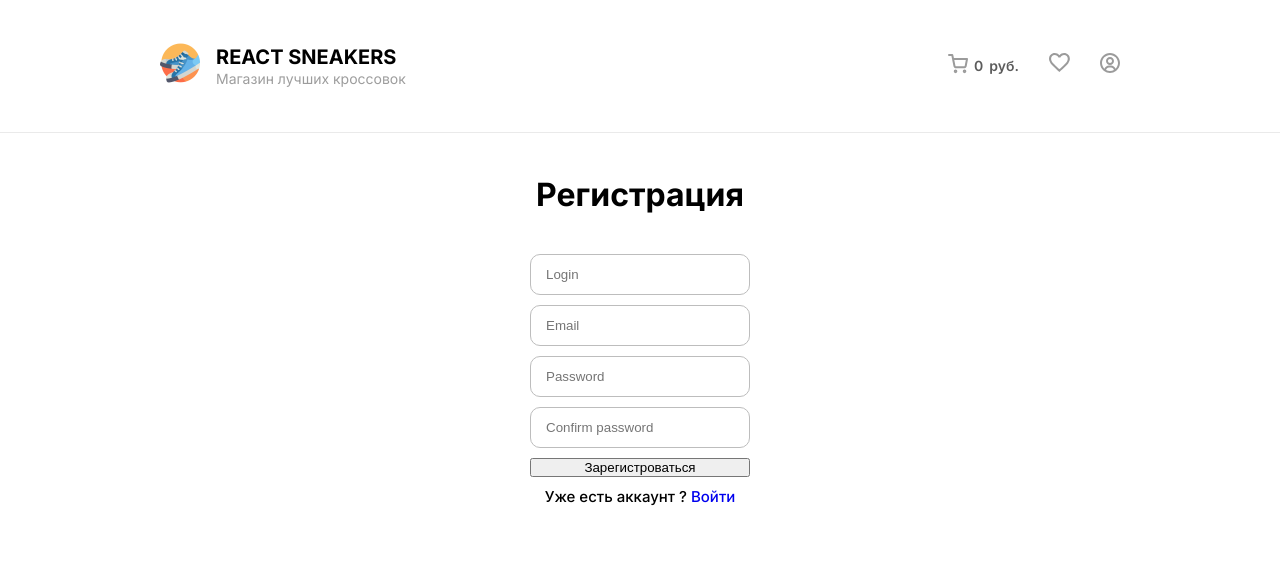
Repository: maxbirimkulov/sneakers20
Page: src/pages/register.html
The author's editor kept a copy of each file at every save. The page is drawn from the files as they stood at one save, then again after the next save.
The browser window is 1280 px wide. The pictures show the whole page.
The style sheet was rebuilt from its Sass, Less or Tailwind sources for each picture, by a compiler version that may differ from the author's.

Above is the page before, as saved 2022-11-12 20:53:55.

After the next save:
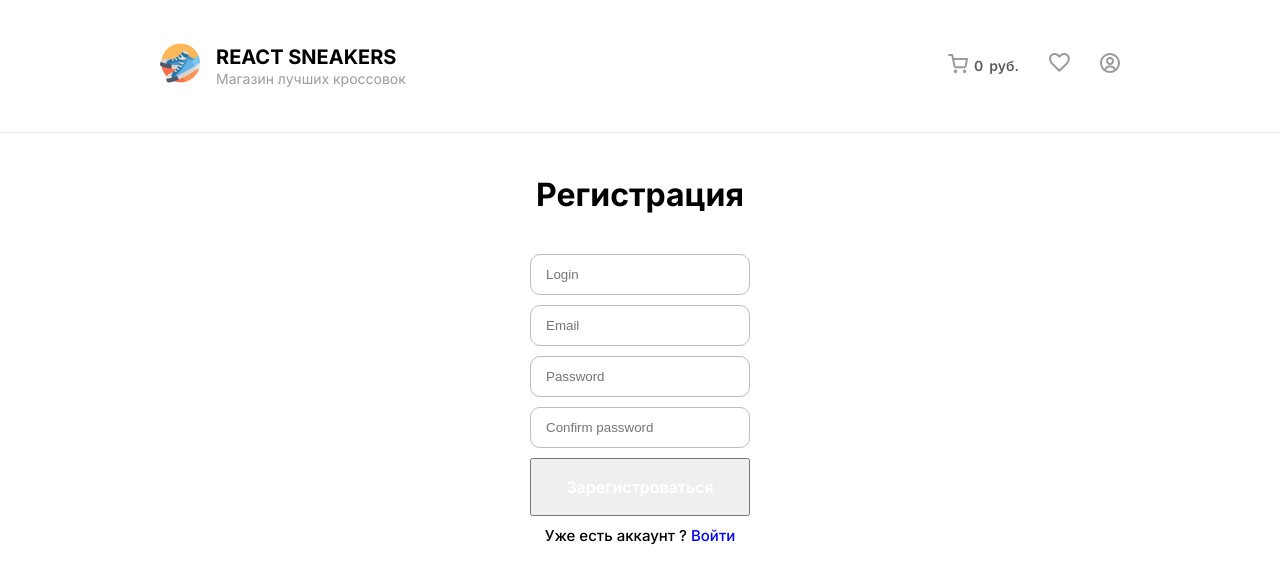
Saved 73 s later.
--- a/src/css/_register.scss
+++ b/src/css/_register.scss
@@ -18,6 +18,10 @@
     border-radius: 10px;
     border: 1px solid #bdbdbd;
   }
+  &__btn {
+    @include text($int, normal, 600, 16px, 0, #fff);
+    padding: 17px;
+  }
   &__sign {
     @include text($int, normal, 500, 15px, 0, black);
   }
